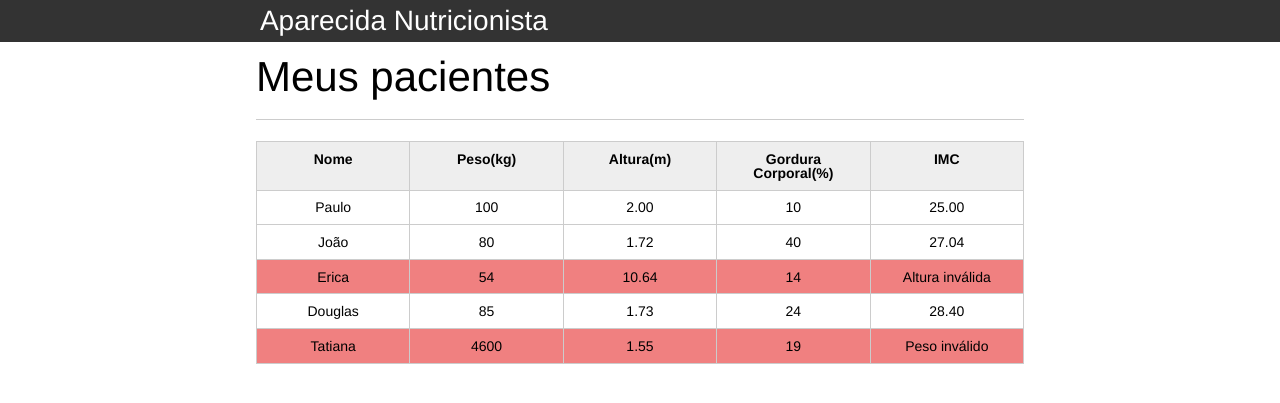
Repository: prof-fernando-alves/introducao-javascript
Page: index.html
The author's editor kept a copy of each file at every save. The page is drawn from the files as they stood at one save, then again after a run of saves.
The browser window is 1280 px wide. The pictures show the whole page.

Above is the page before, as saved 2021-09-14 14:41:49.

### index.html
<!DOCTYPE html>
<html lang="pt-br">
	<head>
		<meta charset="UTF-8">
		<title>Aparecida Nutrição</title>
		<link rel="icon" href="favicon.ico" type="image/x-icon">
		<link rel="stylesheet" type="text/css" href="css/reset.css">
		<link rel="stylesheet" type="text/css" href="css/index.css">

	</head>
	<body>

		<header>
			<div class="container">
				<h2 class="titulo">Aparecida Nutrição</h2>
			</div>
		</header>
		<main>
			<section class="container">
				<h2>Meus pacientes</h2>
				<table>
					<thead>
						<tr>
							<th>Nome</th>
							<th>Peso(kg)</th>
							<th>Altura(m)</th>
							<th>Gordura Corporal(%)</th>
							<th>IMC</th>
						</tr>
					</thead>
					<tbody id="tabela-pacientes">
						<tr class="paciente" id="primeiro-paciente">
							<td class="info-nome">Paulo</td>
							<td class="info-peso">100</td>
							<td class="info-altura">2.00</td>
							<td class="info-gordura">10</td>
							<td class="info-imc">0</td>
						</tr>

						<tr class="paciente" >
							<td class="info-nome">João</td>
							<td class="info-peso">80</td>
							<td class="info-altura">1.72</td>
							<td class="info-gordura">40</td>
							<td class="info-imc">0</td>
						</tr>

						<tr class="paciente" >
							<td class="info-nome">Erica</td>
							<td class="info-peso">54</td>
							<td class="info-altura">10.64</td>
							<td class="info-gordura">14</td>
							<td class="info-imc">0</td>
						</tr>

						<tr class="paciente">
							<td class="info-nome">Douglas</td>
							<td class="info-peso">85</td>
							<td class="info-altura">1.73</td>
							<td class="info-gordura">24</td>
							<td class="info-imc">0</td>
						</tr>
						<tr class="paciente" >
							<td class="info-nome">Tatiana</td>
							<td class="info-peso">4600</td>
							<td class="info-altura">1.55</td>
							<td class="info-gordura">19</td>
							<td class="info-imc">0</td>
						</tr>
					</tbody>
				</table>

			</section>
		</main>

		<script src="js/principal.js" ></script>

	</body>
</html>

### css/index.css
*{
	box-sizing: border-box;
 }

body{
	font-family: "Helvetica Neue", "Helvetica", Helvetica, Arial, sans-serif;
	font-size: 14px;
}

header{
	background-color: #333;
	height: 3em;
	color: #FFF;
	margin-bottom: 1em;
}

header h1{
	font-size: 2em;
	display:inline-block;
	vertical-align:	middle;
}
header h2{
	font-size: 2em;
	display:inline-block;
	vertical-align:	middle;
}

header .container:before{
	content: '';
	display:inline-block;
	height: 100%;
	vertical-align:	middle;
}

.container{
	width: 60%;
	height: 100%;
	margin: 0 auto;
}

section{
	margin: 2em 0;
	overflow: hidden;
}

section h2{
	font-size: 3em;
	display: block;
	padding-bottom: .5em;
	border-bottom: 1px solid #ccc;
	margin-bottom: .5em;
}

table{
	width: 100%;
	margin-bottom : .5em;
    table-layout: fixed;

}

td, th {
	padding: .7em;
	margin: 0;
	border: 1px solid #ccc;
	text-align: center;
}

th{
	font-weight: bold;
	background-color: #EEE;
}

label{
	color: #555;
	display: block;
	margin-bottom: .2em;
}

.campo{
	margin: 0;
	padding-bottom: 1em;
	width: 100%;
	border: 1px solid #ccc;
	padding: .7em;
	width: 100%;
}

.campo-medio{
	display: inline-block;
	padding-right: .5em;
}

.grupo{
	width: 32%;
	display: inline-block;
	padding: 10px 0px;
}

button{
	padding: .5em 2em;
	border: 0;
	border-bottom: 3px solid;
	font-size: 1.2em;
	cursor: pointer;
	margin: 0;
	margin-top: -3px;
	color: #fff;
	background-color:#0c8cd3;
	border-color: #04324c;
	width: 20%;
    display: block;
    clear: both;
    margin: 10px 0px;

}

button:active{
	margin-top:0px;
	border: 0;
}

button[disabled=disabled], button:disabled {
    background-color: gray;
	border-color: darkgray;

}

.adicionar-paciente{
    margin-top: 30px;
}

.campo-invalido{
	border: 1px solid red;
}

.paciente-invalido{
	background-color: lightcoral;
}

### js/principal.js
var titulo = document.querySelector(".titulo");
titulo.textContent = "Aparecida Nutricionista";

var pacientes = document.querySelectorAll(".paciente");

for (var i=0; i < pacientes.length; i++){
        var paciente = pacientes[i]

        var tdPeso = paciente.querySelector(".info-peso");
        var peso = tdPeso.textContent;

        var tdAltura = paciente.querySelector(".info-altura");
        var altura = tdAltura.textContent;

        var tdImc = paciente.querySelector(".info-imc");

        var pesoEhValido = true;
        var alturaEhValida = true;

        if (peso <= 0 || peso >= 1000) {
            console.log("Peso inválido!");
            pesoEhValido = false;
            tdImc.textContent = "Peso inválido";
            paciente.classList.add("paciente-invalido")
        }

        if (altura <= 0 || altura >= 3.00) {
            console.log("Altura inválida!");
            alturaEhValida = false;
            tdImc.textContent = "Altura inválida";
            paciente.classList.add("paciente-invalido")

        }

        if (pesoEhValido && alturaEhValida) {
            var imc = peso / (altura * altura);
            tdImc.textContent = imc.toFixed(2);
}
}

Loaded but not shown: css/reset.css (common file)

After the next 4 saves:
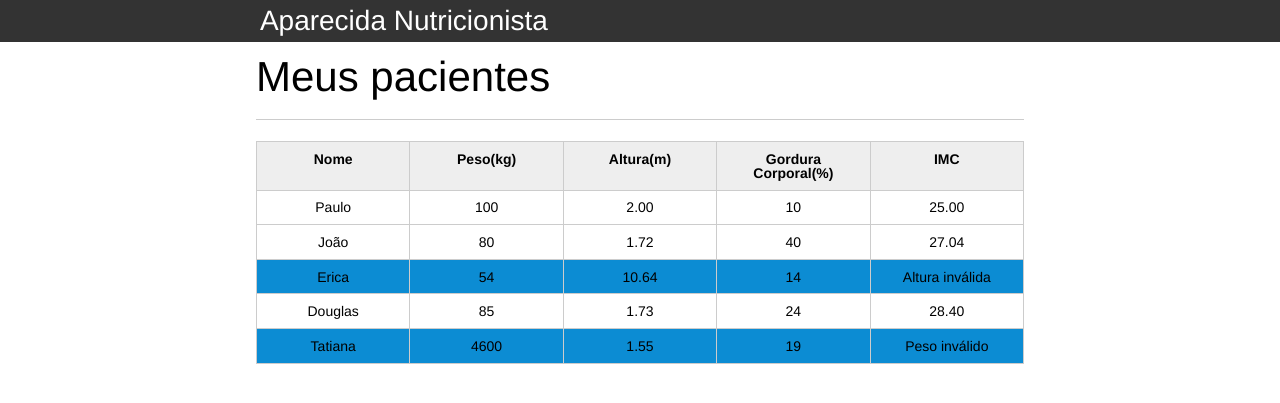
The 4 saves are shown as one change because they came seconds apart.
The last was saved 42 s later.
--- a/css/index.css
+++ b/css/index.css
@@ -134,5 +134,5 @@
 }
 
 .paciente-invalido{
-	background-color: lightcoral;
+	background-color :#0c8cd3;
 }

After the 3 saves that followed:
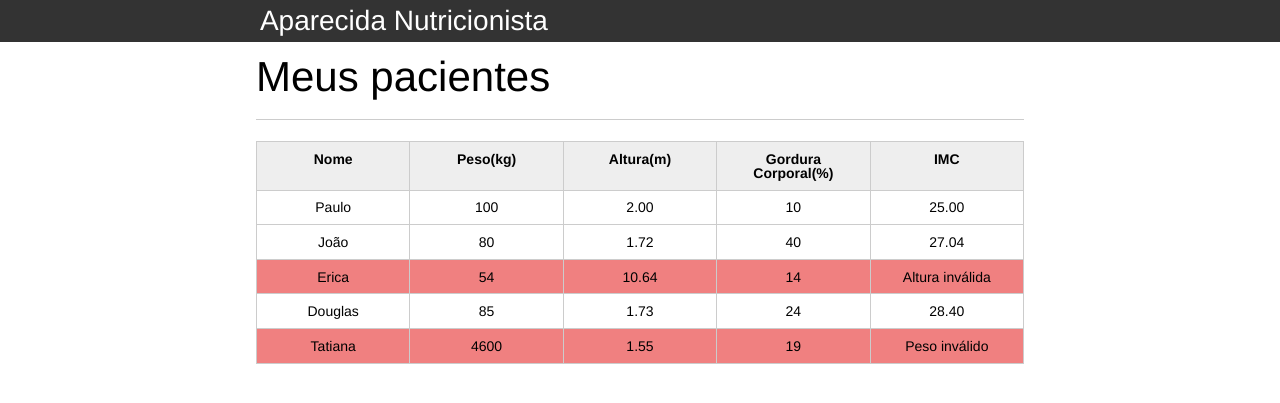
The 3 saves are shown as one change because they came seconds apart.
The last was saved 74 s later.
--- a/css/index.css
+++ b/css/index.css
@@ -134,5 +134,5 @@
 }
 
 .paciente-invalido{
-	background-color :#0c8cd3;
+	background-color : lightcoral;
 }
